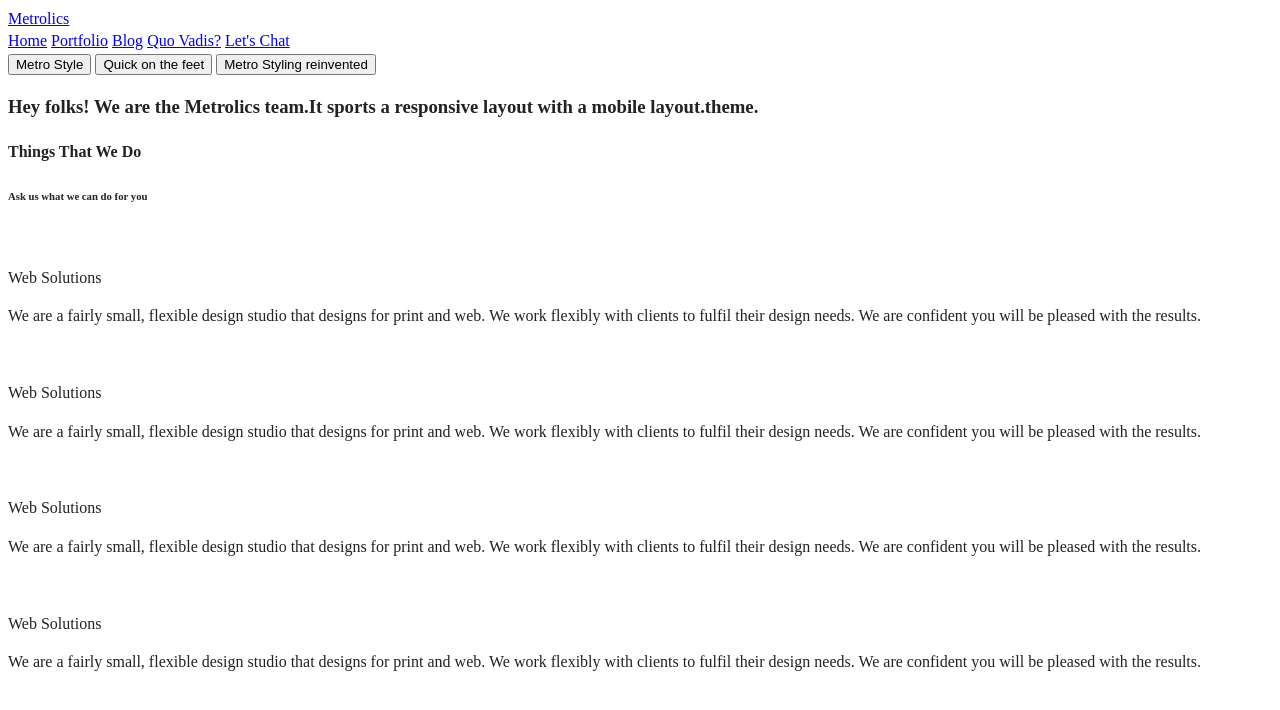
Repository: Angehyy/wk02_site
Page: index.html
The author's editor kept a copy of each file at every save. The page is drawn from the files as they stood at one save, then again after a run of saves.
The browser window is 1280 px wide. The pictures show the whole page.

Above is the page before, as saved 2025-01-19 19:39:48.

### index.html
<!doctype html>
<html class="no-js" lang="">

<head>
  <meta charset="utf-8">
  <meta name="viewport" content="width=device-width, initial-scale=1">
  <title>Metrolics</title>
  <link rel="stylesheet" href="css/style.css">
  <meta name="description" content="Learn about Metrolics">

  <meta property="og:title" content="">
  <meta property="og:type" content="">
  <meta property="og:url" content="">
  <meta property="og:image" content="">
  <meta property="og:image:alt" content="">

  <link rel="icon" href="/favicon.ico" sizes="any">
  <link rel="icon" href="/icon.svg" type="image/svg+xml">
  <link rel="apple-touch-icon" href="icon.png">

  <link rel="manifest" href="site.webmanifest">
  <meta name="theme-color" content="#fafafa">
</head>

<body>
  <header>
    <div>
      <a href="#default">Metrolics</a>
      <div>
        <a href="#home">Home</a>
        <a href="#portfolio">Portfolio</a>
        <a href="#blog">Blog</a>
        <a href="#quovadis">Quo Vadis?</a>
        <a href="chat">Let's Chat</a>
      </div>
    </div>
  </header>

  <main>
    <div>
      <button>Metro Style</button>
      <button>Quick on the feet</button>
      <button>Metro Styling reinvented</button>
      <img src="" alt="">
    </div>

    <div class="">
      <h3>Hey folks! We are the <span>Metrolics</span> team.It sports a responsive layout with a mobile layout.theme.</h3>
    </div>

    <section class="">
      <h4>Things That We Do</h4>
      <h6>Ask us what we can do for you</h6>
    </section>

    <div class="container">
      <div class="item">
        <img src="" alt="">
        <p class="">Web Solutions</p>
        <p>We are a fairly small, flexible design studio that designs for print and web. We work flexibly with clients to fulfil their design needs. We are confident you will be pleased with the results.</p>
      </div>

      <div class="item">
        <img src="" alt="">
        <p class="">Web Solutions</p>
        <p>We are a fairly small, flexible design studio that designs for print and web. We work flexibly with clients to fulfil their design needs. We are confident you will be pleased with the results.</p>
      </div>

      <div class="item">
        <img src="" alt="">
        <p class="">Web Solutions</p>
        <p>We are a fairly small, flexible design studio that designs for print and web. We work flexibly with clients to fulfil their design needs. We are confident you will be pleased with the results.</p>
      </div>

      <div class="item">
        <img src="" alt="">
        <p class="">Web Solutions</p>
        <p>We are a fairly small, flexible design studio that designs for print and web. We work flexibly with clients to fulfil their design needs. We are confident you will be pleased with the results.</p>
      </div>
    </div>

    <section class="">

    </section>
  </main>

  <script src="js/app.js"></script>

</body>

</html>

### css/style.css
/*! HTML5 Boilerplate v9.0.1 | MIT License | https://html5boilerplate.com/ */

/* main.css 3.0.0 | MIT License | https://github.com/h5bp/main.css#readme */
/*
 * What follows is the result of much research on cross-browser styling.
 * Credit left inline and big thanks to Nicolas Gallagher, Jonathan Neal,
 * Kroc Camen, and the H5BP dev community and team.
 */

/* ==========================================================================
   Base styles: opinionated defaults
   ========================================================================== */

html {
  color: #222;
  font-size: 1em;
  line-height: 1.4;
}

/*
 * Remove text-shadow in selection highlight:
 * https://twitter.com/miketaylr/status/12228805301
 *
 * Customize the background color to match your design.
 */

::-moz-selection {
  background: #b3d4fc;
  text-shadow: none;
}

::selection {
  background: #b3d4fc;
  text-shadow: none;
}

/*
 * A better looking default horizontal rule
 */

hr {
  display: block;
  height: 1px;
  border: 0;
  border-top: 1px solid #ccc;
  margin: 1em 0;
  padding: 0;
}

/*
 * Remove the gap between audio, canvas, iframes,
 * images, videos and the bottom of their containers:
 * https://github.com/h5bp/html5-boilerplate/issues/440
 */

audio,
canvas,
iframe,
img,
svg,
video {
  vertical-align: middle;
}

/*
 * Remove default fieldset styles.
 */

fieldset {
  border: 0;
  margin: 0;
  padding: 0;
}

/*
 * Allow only vertical resizing of textareas.
 */

textarea {
  resize: vertical;
}

/* ==========================================================================
   Author's custom styles
   ========================================================================== */

/* ==========================================================================
   Helper classes
   ========================================================================== */

/*
 * Hide visually and from screen readers
 */

.hidden,
[hidden] {
  display: none !important;
}

/*
 * Hide only visually, but have it available for screen readers:
 * https://snook.ca/archives/html_and_css/hiding-content-for-accessibility
 *
 * 1. For long content, line feeds are not interpreted as spaces and small width
 *    causes content to wrap 1 word per line:
 *    https://medium.com/@jessebeach/beware-smushed-off-screen-accessible-text-5952a4c2cbfe
 */

.visually-hidden {
  border: 0;
  clip: rect(0, 0, 0, 0);
  height: 1px;
  margin: -1px;
  overflow: hidden;
  padding: 0;
  position: absolute;
  white-space: nowrap;
  width: 1px;
  /* 1 */
}

/*
 * Extends the .visually-hidden class to allow the element
 * to be focusable when navigated to via the keyboard:
 * https://www.drupal.org/node/897638
 */

.visually-hidden.focusable:active,
.visually-hidden.focusable:focus {
  clip: auto;
  height: auto;
  margin: 0;
  overflow: visible;
  position: static;
  white-space: inherit;
  width: auto;
}

/*
 * Hide visually and from screen readers, but maintain layout
 */

.invisible {
  visibility: hidden;
}

/*
 * Clearfix: contain floats
 *
 * The use of `table` rather than `block` is only necessary if using
 * `::before` to contain the top-margins of child elements.
 */

.clearfix::before,
.clearfix::after {
  content: "";
  display: table;
}

.clearfix::after {
  clear: both;
}

/* ==========================================================================
   EXAMPLE Media Queries for Responsive Design.
   These examples override the primary ('mobile first') styles.
   Modify as content requires.
   ========================================================================== */

@media only screen and (min-width: 35em) {
  /* Style adjustments for viewports that meet the condition */
}

@media print,
  (-webkit-min-device-pixel-ratio: 1.25),
  (min-resolution: 1.25dppx),
  (min-resolution: 120dpi) {
  /* Style adjustments for high resolution devices */
}

/* ==========================================================================
   Print styles.
   Inlined to avoid the additional HTTP request:
   https://www.phpied.com/delay-loading-your-print-css/
   ========================================================================== */

@media print {
  *,
  *::before,
  *::after {
    background: #fff !important;
    color: #000 !important;
    /* Black prints faster */
    box-shadow: none !important;
    text-shadow: none !important;
  }

  a,
  a:visited {
    text-decoration: underline;
  }

  a[href]::after {
    content: " (" attr(href) ")";
  }

  abbr[title]::after {
    content: " (" attr(title) ")";
  }

  /*
   * Don't show links that are fragment identifiers,
   * or use the `javascript:` pseudo protocol
   */
  a[href^="#"]::after,
  a[href^="javascript:"]::after {
    content: "";
  }

  pre {
    white-space: pre-wrap !important;
  }

  pre,
  blockquote {
    border: 1px solid #999;
    page-break-inside: avoid;
  }

  tr,
  img {
    page-break-inside: avoid;
  }

  p,
  h2,
  h3 {
    orphans: 3;
    widows: 3;
  }

  h2,
  h3 {
    page-break-after: avoid;
  }
}

Loaded but not shown: js/app.js (no stored copy; drawn as an empty file)

After the next 2 saves:
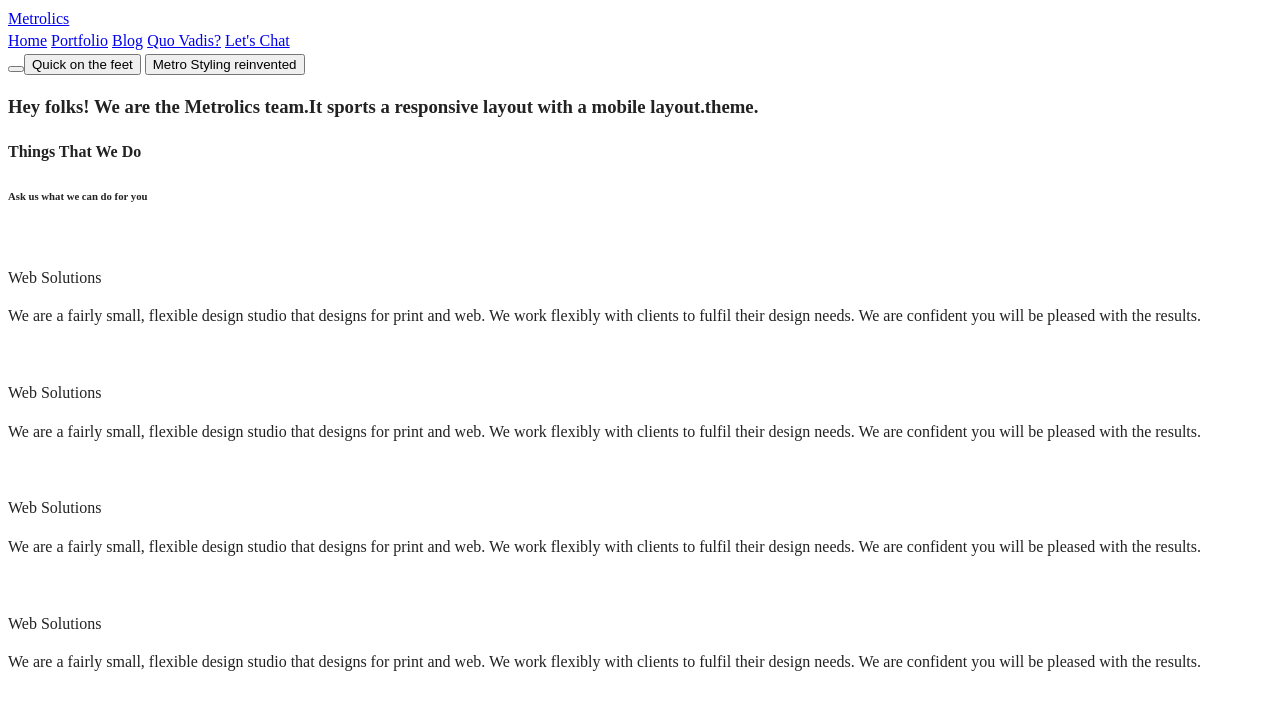
The 2 saves are shown as one change because they came seconds apart.
The last was saved 13 s later.
--- a/index.html
+++ b/index.html
@@ -38,7 +38,7 @@
 
   <main>
     <div>
-      <button>Metro Style</button>
+      <button Metro Style</button>
       <button>Quick on the feet</button>
       <button>Metro Styling reinvented</button>
       <img src="" alt="">

After the 6 saves that followed:
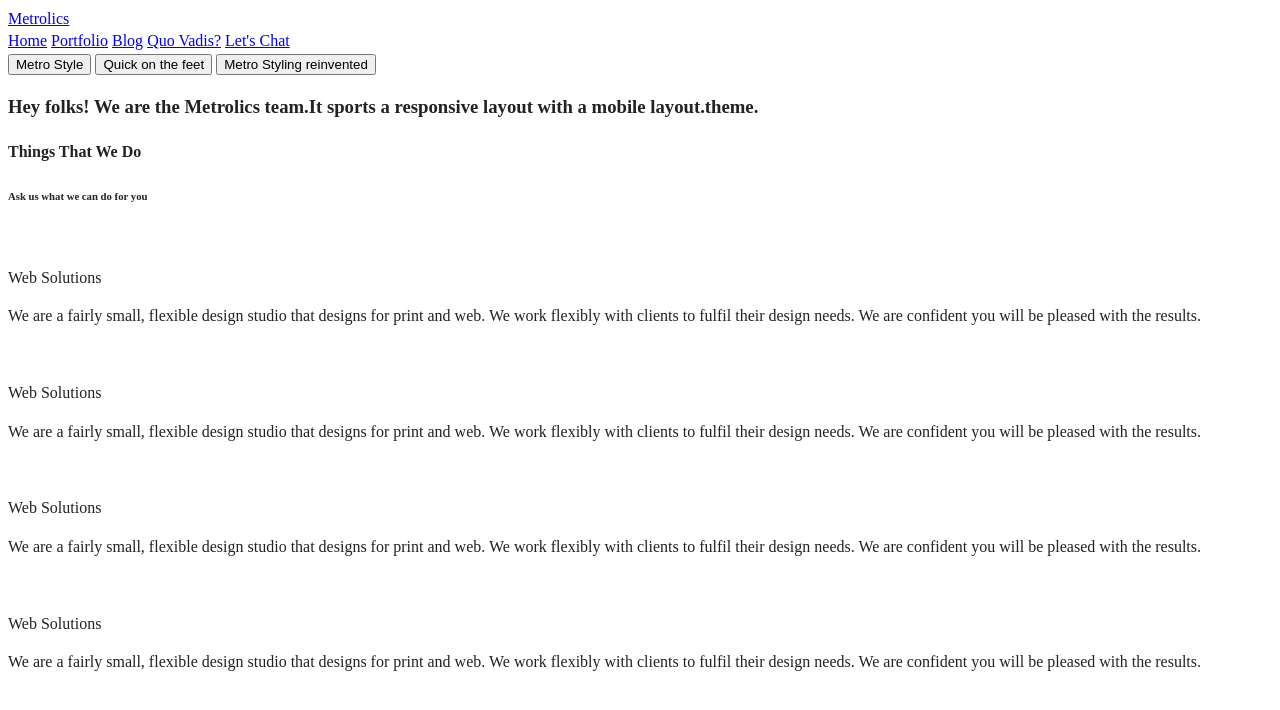
The 6 saves are shown as one change because they came seconds apart.
The last was saved 15 s later.
--- a/index.html
+++ b/index.html
@@ -38,8 +38,8 @@
 
   <main>
     <div>
-      <button Metro Style</button>
-      <button>Quick on the feet</button>
+      <button class="">Metro Style</button>
+      <button class="">Quick on the feet</button>
       <button>Metro Styling reinvented</button>
       <img src="" alt="">
     </div>
